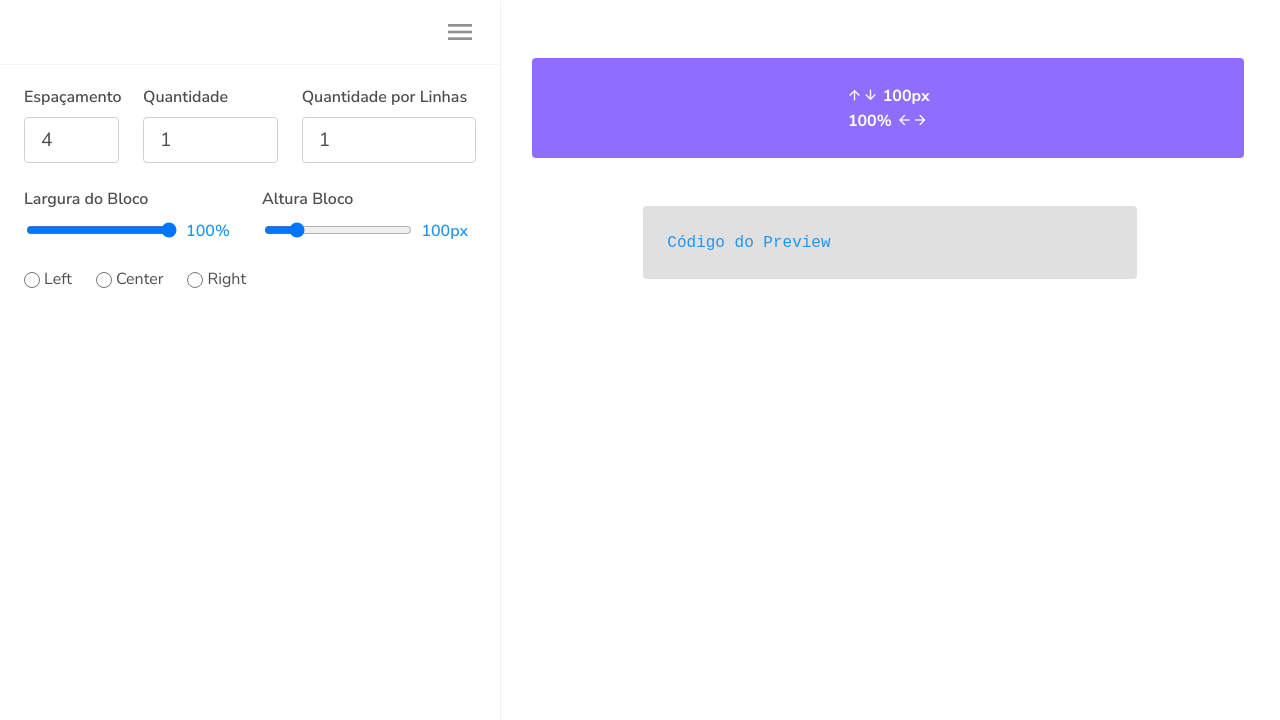
Repository: Flintdl/lowcode-elements
Page: /
The author's editor kept a copy of each file at every save. The page is drawn from the files as they stood at one save, then again after the next save.
The browser window is 1280 px wide. The pictures show the whole page.
The project was rebuilt for these pictures with package versions that can differ from the ones it lists, and the page was loaded fresh each time. Also part of the build but not shown: vue.config.js.

Above is the page before, as saved 2022-04-05 09:28:54.

### src/components/Menu/MenuTemplate.vue
<template>
  <div>
    <div
      class="ham burger-link-mobile sf-display-flex sf-display-md-none"
      @click="menu"
    >
      <i class="mdi mdi-menu sf-text-xlg sf-text-muted sf-dropdown-action"></i>
    </div>
    <nav class="sf-menu">
      <div class="sf-menu-header">
        <div
          @click="menu"
          class="hamburger-link sf-display-none sf-display-md-block"
        >
          <i
            class="mdi mdi-menu sf-text-xlg sf-text-muted sf-dropdown-action"
          ></i>
        </div>
      </div>
      <div class="sf-menu-body">
        <ul class="sf-menu-ul">
          <li class="sf-menu-li sf-px-4">
            <div class="sf-row">
              <div class="sf-col-3 sf-form-group">
                <label class="sf-label">Espaçamento</label>
                <input
                  type="number"
                  min="1"
                  max="12"
                  value="2"
                  id="inputGap"
                  v-model="inputGap"
                  class="filter-states sf-text-capitalize"
                  placeholder="Quantidade de Blocos"
                />
              </div>
              <div class="sf-col-4 sf-form-group">
                <label class="sf-label">Quantidade</label>
                <input
                  type="number"
                  value="1"
                  id="inputQuantidade"
                  v-model="inputQuantidade"
                  class="filter-states sf-text-capitalize"
                  placeholder="Quantidade de Blocos"
                />
              </div>
              <div class="sf-col-5 sf-form-group">
                <label class="sf-label">Quantidade por Linhas</label>
                <input
                  type="number"
                  min="1"
                  max="12"
                  value="1"
                  id="inputQuantidadeLinha"
                  v-model="inputQuantidadeLinha"
                  class="filter-states sf-text-capitalize"
                  placeholder="Quantidade Linha"
                />
              </div>
              <div class="sf-col-6 sf-form-group">
                <label class="sf-label">Largura do Bloco</label>
                <div class="sf-input-group">
                  <input
                    type="range"
                    min="10"
                    max="100"
                    value="10"
                    id="inputRange"
                    v-model="inputRange"
                    class="sf-px-0 sf-border-right-0 sf-border-radius-right-0 sf-text-capitalize"
                  />
                  <div
                    class="sf-input-group-append sf-display-flex sf-justify-content-center"
                  >
                    <div
                      class="sf-display-flex sf-align-items-center sf-justify-content-center sf-border-left-0 sf-border-radius sf-border-radius-left-0 sf-px-2 sf-text-info sf-font-weight-bold sf-min-60-px"
                    >
                      {{ inputRange }}%
                    </div>
                  </div>
                </div>
              </div>
              <div class="sf-col-6 sf-form-group">
                <label class="sf-label">Altura Bloco</label>
                <div class="sf-input-group">
                  <input
                    type="range"
                    min="10"
                    max="500"
                    id="valorHeight"
                    v-model="valorHeight"
                    class="sf-px-0 sf-border-right-0 sf-border-radius-right-0 sf-text-capitalize"
                  />
                  <div
                    class="sf-input-group-append sf-display-flex sf-justify-content-center"
                  >
                    <div
                      class="sf-display-flex sf-align-items-center sf-justify-content-center sf-border-left-0 sf-border-radius sf-border-radius-left-0 sf-px-2 sf-text-info sf-font-weight-bold sf-min-60-px"
                    >
                      {{ valorHeight }}px
                    </div>
                  </div>
                </div>
              </div>
              <div class="sf-col-auto sf-form-group">
                <input
                  id="left"
                  type="radio"
                  name="drone"
                  v-model="checkValue"
                  value="left"
                  checked
                />
                <label for="left"> Left</label>
              </div>

              <div class="sf-col-auto sf-form-group">
                <input
                  type="radio"
                  id="center"
                  name="drone"
                  v-model="checkValue"
                  value="center"
                />
                <label for="center"> Center</label>
              </div>

              <div class="sf-col-auto sf-form-group">
                <input
                  type="radio"
                  id="right"
                  name="drone"
                  v-model="checkValue"
                  value="right"
                />
                <label for="right"> Right</label>
              </div>
            </div>
          </li>
        </ul>
      </div>
    </nav>
    <div class="sf-content-page">
      <HomeView
        :valor="parseInt(inputRange)"
        :inputGap="parseInt(inputGap)"
        :valorHeight="parseInt(valorHeight)"
        :quantidade="parseInt(inputQuantidade)"
        :quantidadeLinha="parseInt(inputQuantidadeLinha)"
        :checkValue="checkValue"
      />
    </div>
    <div class="ga-mascara-fundo" @click="mask"></div>
  </div>
</template>

<script>
import HomeView from "@/views/HomeView.vue";
import image from "@/assets/logo-soften.webp";

export default {
  name: "MenuTemplate",
  data: function () {
    return {
      inputQuantidade: (this.inputQuantidade = 1),
      inputQuantidadeLinha: (this.inputQuantidadeLinha = 1),
      inputRange: (this.inputRange = 100),
      valorHeight: (this.valorHeight = 100),
      inputGap: (this.inputGap = 4),
      checkValue: this.checkValue,
      image: image,
    };
  },
  components: {
    HomeView,
  },
  beforeMount() {
    if (window.innerWidth >= 768) {
      if (localStorage.getItem("menu") === "fechado") {
        document.body.classList.add("menu-fechado");
      } else {
        document.body.classList.remove("menu-fechado");
      }
    }

    (function () {
      var current = window.location.pathname.split("")[0];
      if (current === "") return;
      var menuItems = document.querySelectorAll(".sf-menu-list-link");
      for (var i = 0, len = menuItems.length; i < len; i++) {
        if (menuItems[i].getAttribute("href").indexOf(current) !== -1) {
          menuItems[i].className += " active-nolink";
          menuItems[i].nextElementSibling.className += " active-nolink";
        }
      }
    })();
  },
  methods: {
    menu() {
      if (window.innerWidth >= 768) {
        document.body.classList.toggle("menu-fechado");
        if (document.body.classList.contains("menu-fechado")) {
          localStorage.setItem("menu", "fechado");
        } else {
          localStorage.removeItem("menu");
        }
      } else {
        document.body.classList.toggle("menu-mobile-aberto");
      }
    },
    mask() {
      document.body.classList.remove("menu-mobile-aberto");
    },
  },
};

// function dropdown(menu) {
//   var dropdowns = document.getElementsByClassName("sf-dropdown-menu");
//   var i;
//   for (i = 0; i < dropdowns.length; i++) {
//     var openDropdown = dropdowns[i];
//     if (openDropdown.classList.contains("show")) {
//       openDropdown.classList.remove("show");
//     }
//   }
//   document.querySelector(menu).classList.toggle("show");
// }
</script>

<style lang="scss">
@import "@/assets/scss/style.scss";
@import "@/assets/scss/standard.scss";
@import "@/assets/scss/menu.scss";
</style>

### src/assets/scss/_variables.scss
// Primarys Colors
$standardTextColor: #4d4d4d;

$primaryColor: #8e6dff;
$secondaryColor: #009997;
$buttonDisableColor: #9c9c9c;
$buttonDisableBgColor: #7676764d;

// Menu Colors

$bgMenuColor: #1d1d1d;
$linkMenuColor: #7b8089;
$iconMenuColor: #2a2a2a;
$borderMenuColor: #323232;

// Botão Colors

$btnPrimary: #00b8d4;
$btnPrimaryHover: #0085b0;

// Generics Colors

$whiteColor: #ffffff;
$mutedColor: #8f8f8f;
$cardColor: #f3f4f7;
$cardColorLight: #f9fafc;
$cardColorLightTwo: #f1f5fc;
$greyLight: #d1d1d1;

// Dropdown Colors

$dropdownHeaderColor: #5f5f5f;
$dropdownColor: #ebffff;

// State Colors

$successColor: #3dc661;
$dangerColor: #e7515a;
$warningColor: #e2a03f;
$infoColor: #2196f3;
$defaultColor: #172b4d;
$lightColor: #e0e0e0;

### src/assets/scss/standard.scss
@import "variables";

.sf-content-page {
  transition: margin-left 0.15s ease;
  margin-left: 500px;
  padding: 3.6rem 2rem;
}

input,
select {
  font-size: 1.2rem;
  font-family: "Nunito Sans", sans-serif;
  color: #4d4d4d;
  background-color: #ffffff;
  width: 100%;
  display: block;
  height: 46px;
  padding: 0 1rem;
  border-radius: 4px;
  border: 1px solid #d1d1d1;
}

input:disabled {
  background-color: $buttonDisableBgColor;
}

textarea {
  font-size: 0.875rem;
  font-family: "Nunito Sans", sans-serif;
  color: #4d4d4d;
  background-color: #ffffff;
  width: 100%;
  display: block;
  padding: 1rem;
  border-radius: 4px;
  border: 1px solid #d1d1d1;
  resize: none;
}

input[type="range"] {
  height: fit-content !important;
}

.sf-form-100 {
  width: calc(100% + 24px);
}

/* Input Radio */
.form-selectradio,
.form-selectcheckbox {
  display: flex;
}

.form-selectradiobutton,
.form-selectcheckboxbutton {
  display: inline-block;
  border-radius: 50%;
  margin: 0;
}

.form-selectradiobutton label,
.form-selectcheckboxbutton label {
  font-size: 0.875rem;
  cursor: pointer;
  display: inline-block;
  margin: 0 16px 0 8px;
  vertical-align: middle;
}

input[type="radio"],
input[type="checkbox"] {
  width: 1rem;
  height: 1rem;
  text-align: center;
  position: relative;
  border-radius: 50%;
  line-height: 16px;
  cursor: pointer;
  margin: 0;
  display: inline-block;
  vertical-align: middle;
}

input[type="checkbox"] {
  border-radius: 6px;
}

// Renderização de Consulta - Botão

.sf-action-rendered-content {
  gap: 8px;
  .sf-action-rendered-consult {
    -webkit-box-flex: 1;
    -ms-flex-positive: 1;
    flex-grow: 1;
    white-space: nowrap;
    width: auto;
    span {
      cursor: pointer;
      &:hover {
        // background-color: #27272736 !important;
        border-color: #272727 !important;
      }
      &.actived {
        // background-color: #00b8d436 !important;
        border-color: #00b8d4 !important;
        font-weight: 700;
      }
    }
  }
}

// Renderização de Consulta - Botão

// Conteúdo socio resultado

.sf-card-socio-content {
  gap: 12px;
  .sf-card-socio {
    width: 100%;
    &.actived {
      div {
        background-color: #1fbdd538;
        border-color: #00b8d4 !important;
        color: #0395ac;
      }
    }
    &:hover {
      div {
        border-color: #00b8d4 !important;
        color: #0395ac;
        cursor: pointer;
      }
    }
  }
}
// Conteúdo socio resultado

// Conteúdo contato resultado

.sf-contact-business-content {
  gap: 12px;
  &.sf-business-overflow {
    ::-webkit-scrollbar {
      background: #e0e0e0;
      height: 4px;
      width: 6px;
    }

    ::-webkit-scrollbar-thumb {
      background: #bebebe;
    }
    ::-webkit-scrollbar-track {
      background-color: #e0e0e0;
    }
    ul {
      max-height: 392px;
      overflow-y: auto;
    }
  }
  .sf-contact-content-list {
    width: 100%;
    &.content-list-segments {
      height: fit-content;
      div {
        background-color: #f5f5f5;
        width: 100%;
      }
      &.actived {
        div {
          background-color: #1fbdd538;
          border-color: #00b8d4 !important;
          color: #0395ac;
        }
      }
      &:hover {
        div {
          border-color: #00b8d4 !important;
          color: #0395ac;
          cursor: pointer;
        }
      }
    }
  }
  &.sf-content-grid {
    .sf-contact-content-list {
      flex: initial;
    }
  }
}

.information-list-business {
  .information-list-business-li {
    span {
      width: 100%;
    }
    &:nth-child(odd) {
      background-color: #79797936;
    }
  }
}

.autocomplete-items {
  position: absolute;
  border: 1px solid #d4d4d4;
  margin: 12px 12px 0;
  border-radius: 4px;
  max-height: 210px;
  overflow-y: auto;
  z-index: 99;
  top: 100%;
  left: 0;
  right: 0;
}

.autocomplete-items div {
  padding: 10px;
  cursor: pointer;
  background-color: #fff;
  border-bottom: 1px solid #d4d4d4;
  &:last-child {
    border-bottom: 0;
  }
}

.autocomplete-items div:hover {
  background-color: #e9e9e9;
}

.autocomplete-active {
  background-color: DodgerBlue !important;
  color: #ffffff;
}

@media (min-width: 731px) {
  .sf-contact-business-content {
    .sf-contact-content-list {
      width: calc(50% - 12px);
    }
    &.sf-content-grid {
      .sf-contact-content-list {
        width: calc(50% - 12px);
      }
    }
  }
  .sf-card-socio-content {
    .sf-card-socio {
      width: calc(50% - 12px);
    }
  }
}

@media (min-width: 960px) {
  .sf-contact-business-content {
    .sf-contact-content-list {
      width: calc((100% - 24px) / 3);
    }
    &.sf-content-grid {
      .sf-contact-content-list {
        width: calc((100% - 24px) / 3);
      }
    }
  }
  .sf-card-socio-content {
    .sf-card-socio {
      width: calc((100% - 24px) / 3);
    }
  }
}
@media (min-width: 1200px) {
  .sf-contact-business-content {
    .sf-contact-content-list {
      width: calc((100% - 24px) / 3);
    }
    &.sf-content-grid {
      .sf-contact-content-list {
        width: calc(100% / 4);
      }
    }
  }
  .sf-card-socio-content {
    .sf-card-socio {
      width: calc((100% - 36px) / 4);
    }
  }
}

// Conteúdo contato resultado

.sf-loading-animation {
  z-index: 999999;
  // display: none;
  height: 100px;
  width: 100px;
}

.sf-loading-input {
  height: 100%;
  width: 40px;
}

// Error Style

.sf-error-svg {
  font-size: 3rem;
  font-family: Impact, Haettenschweiler, "Arial Narrow Bold", sans-serif;
}
/*////////////////////v animation//////////////////*/
.text1 {
  fill: none;
  stroke-linejoin: round;
  stroke-dasharray: 1160;
  stroke-dashoffset: 0;
}
.text1:nth-child(3n) {
  fill: #272727;
}

.text1:nth-child(3n + 2) {
  fill: #e7515a;
}

.text2 {
  fill: #2196f3;
}
// Mesagem Box

.mensagem-box {
  position: fixed;
  overflow: hidden;
  z-index: 997;
  right: 30px;
  bottom: 30px;
}

.mensagem {
  margin-bottom: 12px;
  border-radius: 4px;
  padding: 16px 32px;
  font-size: 1rem;
  color: #fff;
  z-index: 998;
}

.mensagem:last-child {
  margin-bottom: 0;
}

.mensagem.success {
  background-color: $successColor;
}

.mensagem.error {
  background-color: $dangerColor;
}

.mensagem.warning {
  background-color: $warningColor;
}

// Mesagem Box

// Error Style

.sf-modal {
  background-color: #000;
  position: fixed;
  z-index: -1;
  display: none;
  height: 100%;
  width: 100%;
  opacity: 0;
  left: 0;
  top: 0;
  &.actived {
    background-color: gray;
    display: block;
    z-index: 9999;
    opacity: 0.8;
  }
}

### src/views/HomeView.vue
<template>
  <div>
    <div class="sf-row">
      <div
        id="sf-preview-code-content"
        class="sf-col-12 sf-mx-auto sf-position-relative"
      >
        <!-- <div class="sf-display-flex sf-flex-wrap sf-width-100">
          <div
            id="sf-grid-template"
            class="sf-grid sf-position-relative"
            :style="{
              width: cssProps.width,
              height: String(valorHeight) + 'px',
              left: inputGap / 2 + 'px',
            }"
            v-bind:key="n"
            v-for="n of quantidade"
          ></div>
        </div> -->
        <div
          id="sf-preview-code"
          :style="gapProps"
          class="sf-display-flex sf-flex-wrap sf-width-100"
        >
          <DivGrid
            v-bind:key="n"
            v-for="n of quantidade"
            :tamanho="String(valor)"
            :altura="String(valorHeight)"
            class="sf-position-relative"
            :width="cssProps"
          />
        </div>
      </div>
    </div>
    <div class="sf-row">
      <div
        class="sf-col-8 sf-mx-auto sf-mt-5 sf-code-content sf-p-4 sf-border-radius sf-bg-code"
      >
        <code style="">
          <span class="sf-text-info">Código do Preview</span>
          {{ htmlPreviewCode }}
        </code>
      </div>
    </div>
  </div>
</template>

<script>
// @ is an alias to /src

import DivGrid from "@/components/templates/DivGrid.vue";

export default {
  name: "HomeView",
  data: function () {
    return {
      htmlPreviewCode: null,
    };
  },
  components: {
    DivGrid,
  },
  props: {
    valor: Number,
    inputGap: Number,
    quantidade: Number,
    valorHeight: Number,
    quantidadeLinha: Number,
    checkValue: String,
  },
  computed: {
    cssProps() {
      return {
        width: `calc(${this.valor / this.quantidadeLinha}% - ${
          this.inputGap
        }px)`,
        height: this.valorHeight + "px",
      };
    },
    gapProps() {
      return {
        gap: this.inputGap + "px",
        "justify-content": this.checkValue,
      };
    },
  },
};
</script>

<style>
#sf-grid-template:after {
  content: "";
  width: 100%;
  height: 150%;
  top: -25%;
  background-color: #ff008c0a;
  border: 1px solid rgba(255, 0, 140, 0.103);
  border-left: 2px solid #ff008c38;
  border-right: 2px solid #ff008c38;
  position: absolute;
}
</style>

### src/components/templates/DivGrid.vue
<template>
  <div
    class="sf-bg-primary sf-position-relative sf-border-radius sf-overflow-hidden"
    :style="width"
  >
    <span
      class="sf-position-absolute sf-centerAbsolute-xy sf-text-white sf-font-weight-extra-bold sf-text-center"
      :style="tamanho"
    >
      <i
        class="mdi mdi-arrow-up sf-text-md sf-text-white sf-dropdown-action"
      ></i>
      <i
        class="mdi mdi-arrow-down sf-text-md sf-text-white sf-dropdown-action"
      ></i>
      {{ altura }}px <br />

      {{ tamanho }}%
      <i
        class="mdi mdi-arrow-left sf-text-md sf-text-white sf-dropdown-action"
      ></i>
      <i
        class="mdi mdi-arrow-right sf-text-md sf-text-white sf-dropdown-action"
      ></i>
    </span>
  </div>
</template>

<script>
export default {
  props: {
    width: String,
    tamanho: String,
    altura: String,
  },
};
</script>

<style></style>

Loaded but not shown: public/index.html (common file); src/main.js (common file); src/App.vue (common file); src/registerServiceWorker.js (common file); src/router/index.js (common file); src/assets/scss/materialdesignicons.scss (9 lines, source omitted); src/assets/scss/style.scss (4087 lines, source omitted); src/assets/scss/menu.scss (396 lines, source omitted)

After the next save:
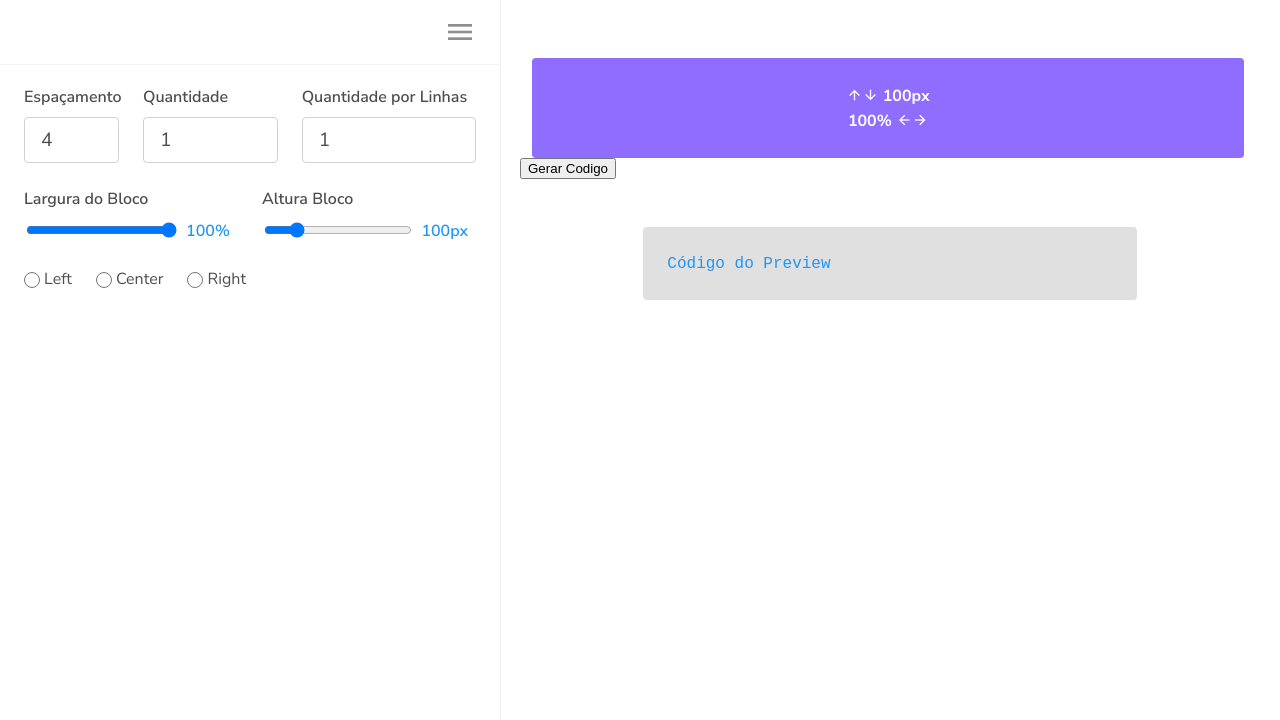
Saved 47 s later.
--- a/src/views/HomeView.vue
+++ b/src/views/HomeView.vue
@@ -33,6 +33,7 @@
           />
         </div>
       </div>
+      <button @click="gerarCodigo">Gerar Codigo</button>
     </div>
     <div class="sf-row">
       <div
@@ -86,6 +87,11 @@ export default {
       };
     },
   },
+  methods: {
+    gerarCodigo() {
+      return document.getElementById("sf-preview-code").innerHTML;
+    },
+  },
 };
 </script>
 
